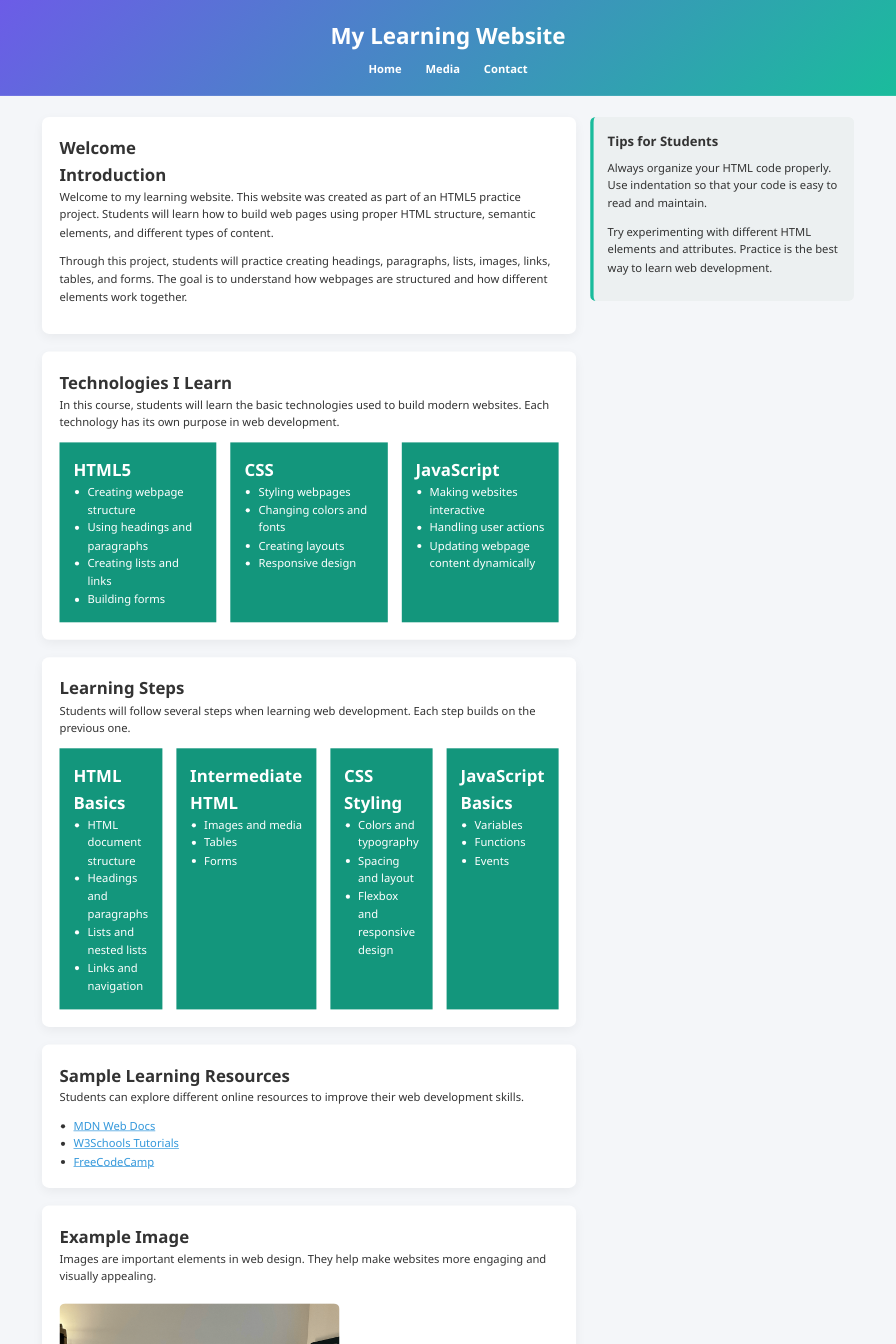
Repository: Than-sothearak/web_client_programing
Page: Week_03/index.html
These files come from the project's save history. The page is drawn as it stood at one moment and after the next save; the edit follows.
The browser window is 1280 px wide. The pictures show the part of the page from y = 0 to 1920 px (the page is 2722 px tall before and 2453 px after), at 70% of full size.

Above is the page before, as saved 2026-03-24 22:01:33.

After the next save:
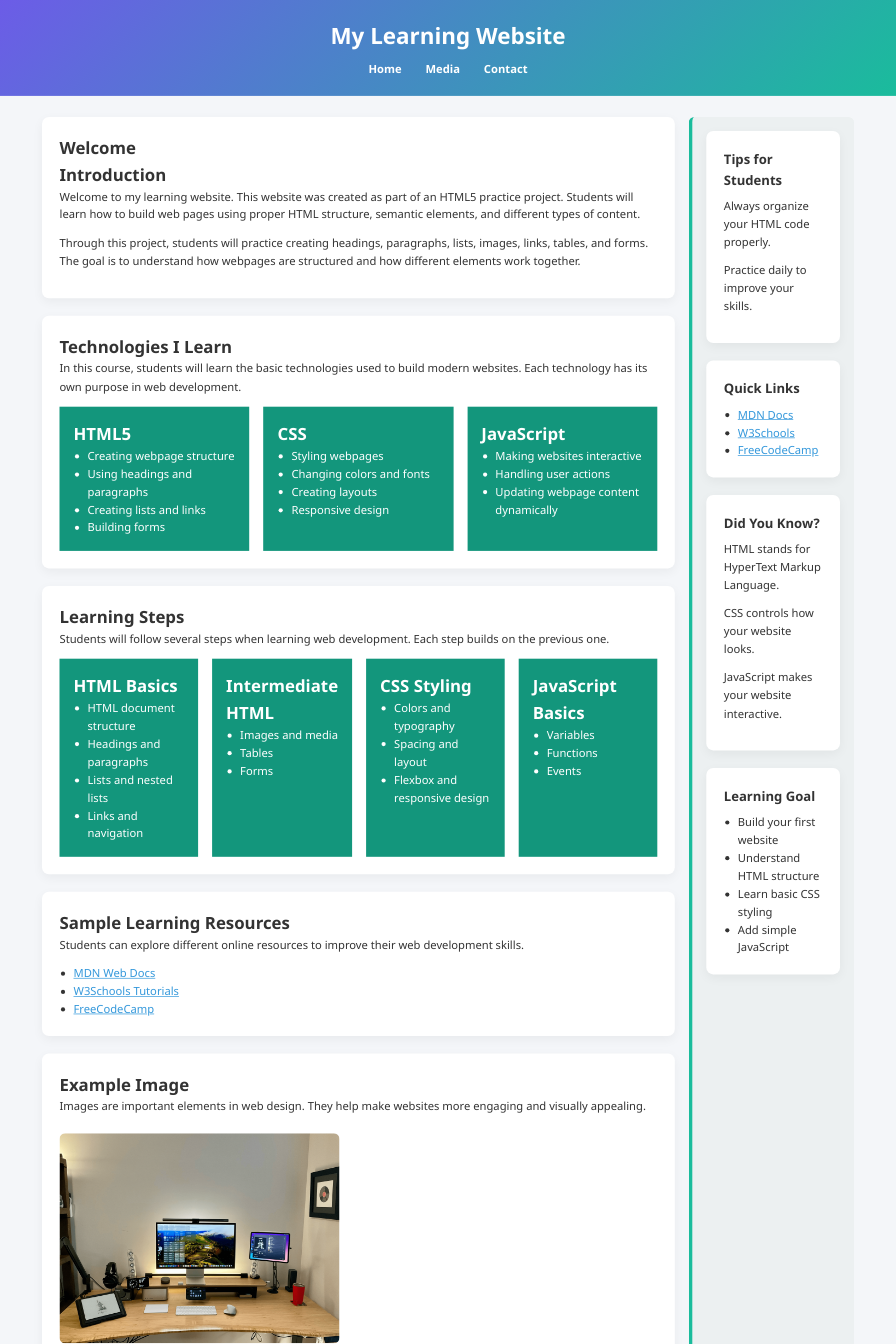
Saved 14 s later.
--- a/Week_03/index.html
+++ b/Week_03/index.html
@@ -206,19 +206,41 @@
           </table>
         </section>
       </div>
-      <aside>
-        <h3>Tips for Students</h3>
-
-        <p>
-          Always organize your HTML code properly. Use indentation so that your
-          code is easy to read and maintain.
-        </p>
-
-        <p>
-          Try experimenting with different HTML elements and attributes.
-          Practice is the best way to learn web development.
-        </p>
-      </aside>
+      <div>
+        <aside>
+  <section>
+    <h3>Tips for Students</h3>
+    <p>Always organize your HTML code properly.</p>
+    <p>Practice daily to improve your skills.</p>
+  </section>
+
+  <section>
+    <h3>Quick Links</h3>
+    <ul>
+      <li><a href="https://developer.mozilla.org" target="_blank">MDN Docs</a></li>
+      <li><a href="https://www.w3schools.com" target="_blank">W3Schools</a></li>
+      <li><a href="https://www.freecodecamp.org" target="_blank">FreeCodeCamp</a></li>
+    </ul>
+  </section>
+
+  <section>
+    <h3>Did You Know?</h3>
+    <p>HTML stands for HyperText Markup Language.</p>
+    <p>CSS controls how your website looks.</p>
+    <p>JavaScript makes your website interactive.</p>
+  </section>
+
+  <section>
+    <h3>Learning Goal</h3>
+    <ul>
+      <li>Build your first website</li>
+      <li>Understand HTML structure</li>
+      <li>Learn basic CSS styling</li>
+      <li>Add simple JavaScript</li>
+    </ul>
+  </section>
+</aside>
+      </div>
     </main>
     <footer>
       <p>© 2026 Student Learning Website</p>

After the save that followed:
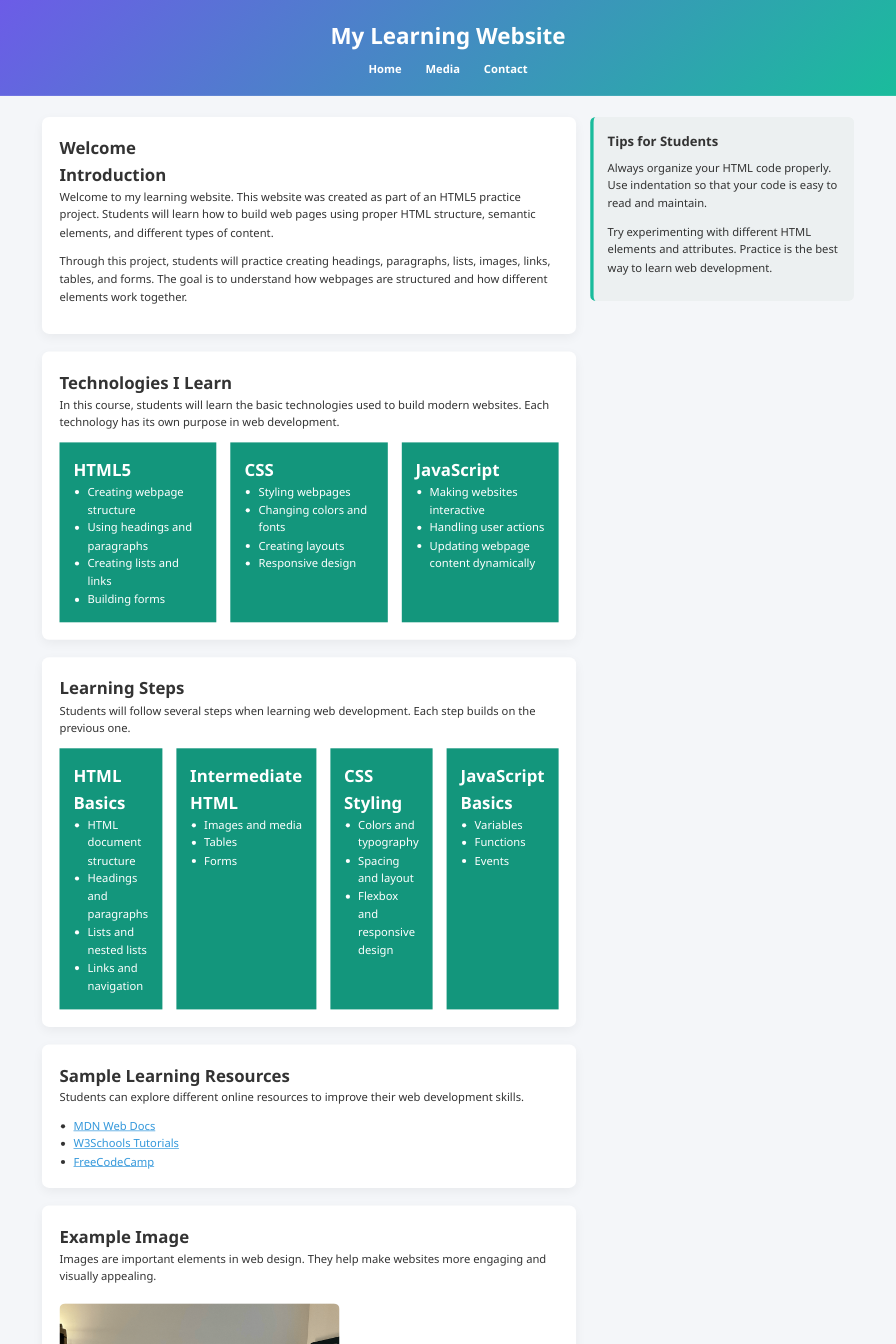
Saved 4 s later.
--- a/Week_03/index.html
+++ b/Week_03/index.html
@@ -206,41 +206,19 @@
           </table>
         </section>
       </div>
-      <div>
-        <aside>
-  <section>
-    <h3>Tips for Students</h3>
-    <p>Always organize your HTML code properly.</p>
-    <p>Practice daily to improve your skills.</p>
-  </section>
-
-  <section>
-    <h3>Quick Links</h3>
-    <ul>
-      <li><a href="https://developer.mozilla.org" target="_blank">MDN Docs</a></li>
-      <li><a href="https://www.w3schools.com" target="_blank">W3Schools</a></li>
-      <li><a href="https://www.freecodecamp.org" target="_blank">FreeCodeCamp</a></li>
-    </ul>
-  </section>
-
-  <section>
-    <h3>Did You Know?</h3>
-    <p>HTML stands for HyperText Markup Language.</p>
-    <p>CSS controls how your website looks.</p>
-    <p>JavaScript makes your website interactive.</p>
-  </section>
-
-  <section>
-    <h3>Learning Goal</h3>
-    <ul>
-      <li>Build your first website</li>
-      <li>Understand HTML structure</li>
-      <li>Learn basic CSS styling</li>
-      <li>Add simple JavaScript</li>
-    </ul>
-  </section>
-</aside>
-      </div>
+      <aside>
+        <h3>Tips for Students</h3>
+
+        <p>
+          Always organize your HTML code properly. Use indentation so that your
+          code is easy to read and maintain.
+        </p>
+
+        <p>
+          Try experimenting with different HTML elements and attributes.
+          Practice is the best way to learn web development.
+        </p>
+      </aside>
     </main>
     <footer>
       <p>© 2026 Student Learning Website</p>
